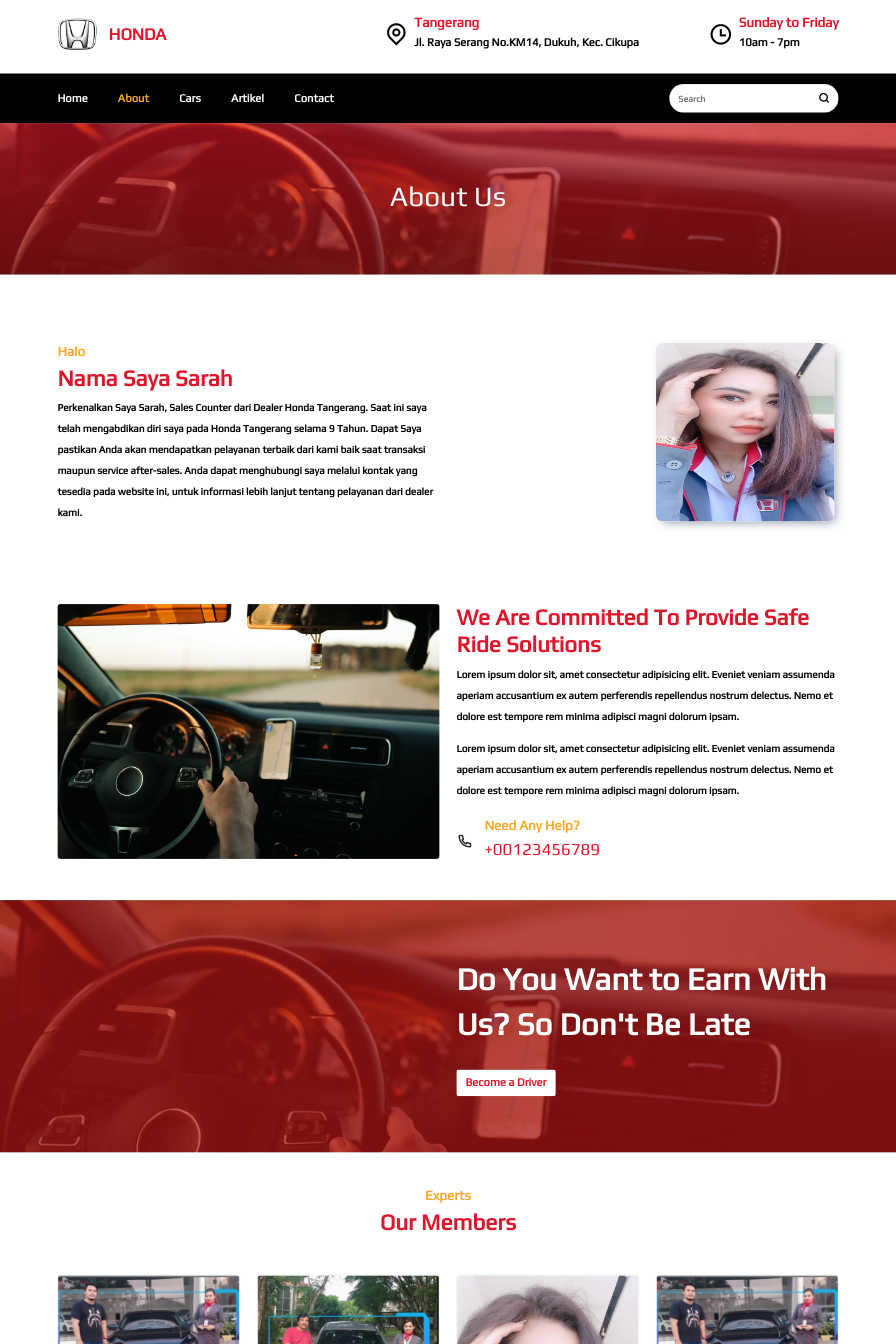
Repository: stevenxylver/Honda
Page: /about
These files come from the project's save history. The page is drawn as it stood at one moment and after the next save; the edit follows.
The browser window is 1280 px wide. The pictures show the part of the page from y = 0 to 1920 px (the page is 2834 px tall), at 70% of full size.
Pictures or frames that could not be fetched are drawn as grey boxes. The project was rebuilt for these pictures with package versions that can differ from the ones it lists, and the page was loaded fresh each time. Also part of the build but not shown: src/styles/hero-slider.css, src/components/UI/HeroSlider.jsx, src/components/UI/FindCarForm.jsx, src/styles/services-list.css, src/assets/data/serviceData.js, src/components/UI/ServicesList.jsx, src/components/UI/Example.jsx, src/assets/data/carData.js and 20 more.

Above is the page before, as saved 2022-11-20 11:03:07.

After the next save:
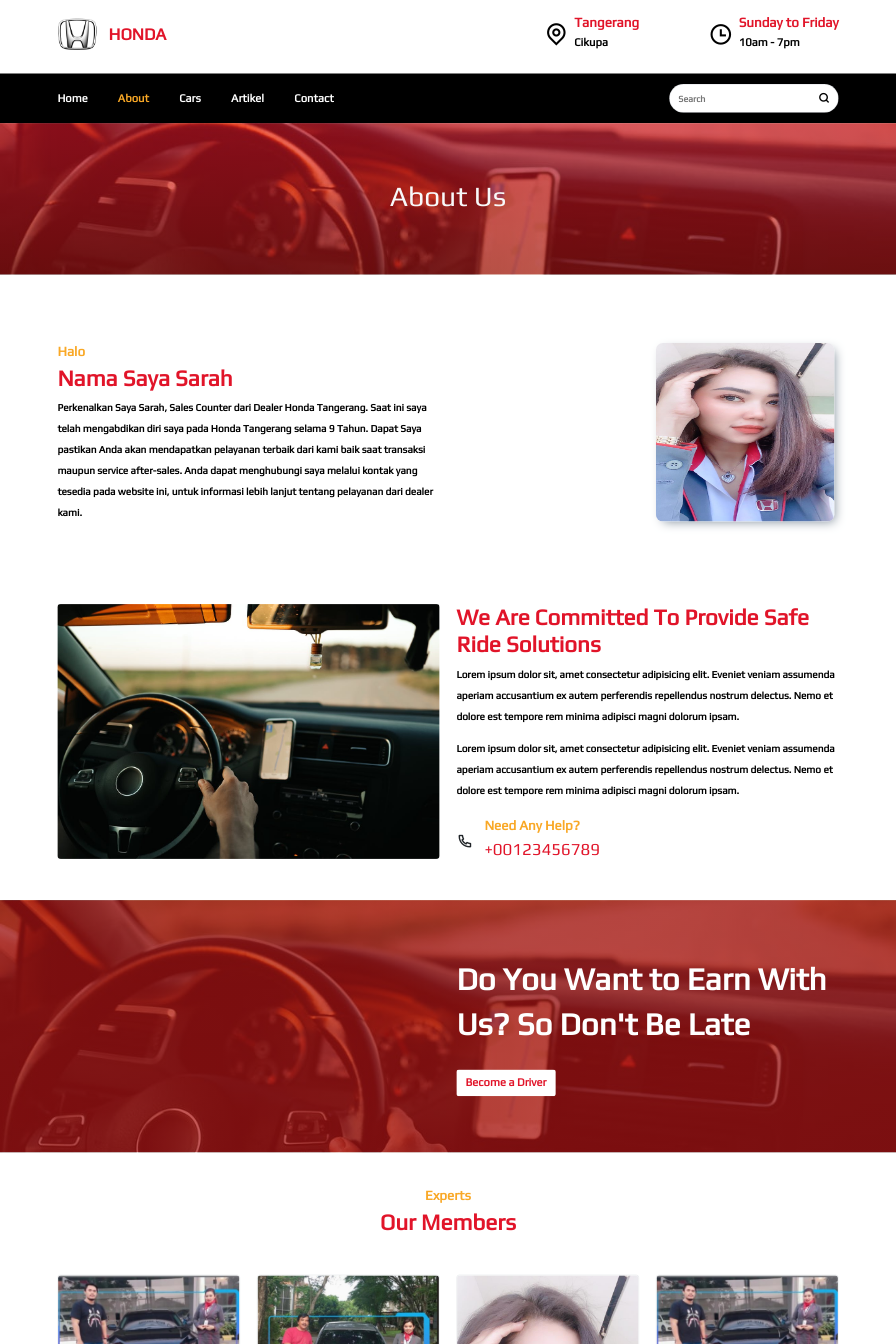
Saved 28 s later.
--- a/src/components/Header/Header.jsx
+++ b/src/components/Header/Header.jsx
@@ -62,7 +62,7 @@
                 </span>
                 <div className="header__location-content">
                   <h4>Tangerang</h4>
-                  <h6>Jl. Raya Serang No.KM14, Dukuh, Kec. Cikupa</h6>
+                  <h6>Cikupa</h6>
                 </div>
               </div>
             </Col>
